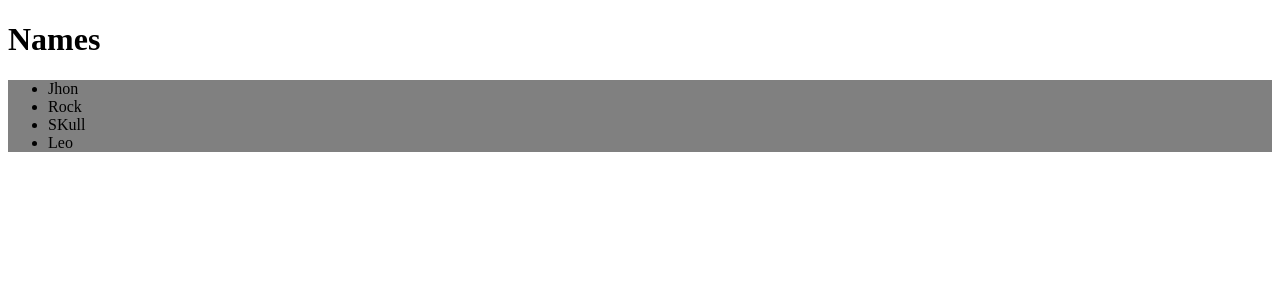
Repository: NithishKoriyar/phpprojectgh
Page: http://localhost/names.php
An editor plug-in stored every save of this project. The page is shown before and after the next save, followed by the edit.
The browser window is 1280 px wide. The pictures show the whole page.
The page is run by PHP 8.4 with error messages shown; the project is at /var/www/html/.

Above is the page before, as saved 2022-12-14 12:49:56.

After the next save:
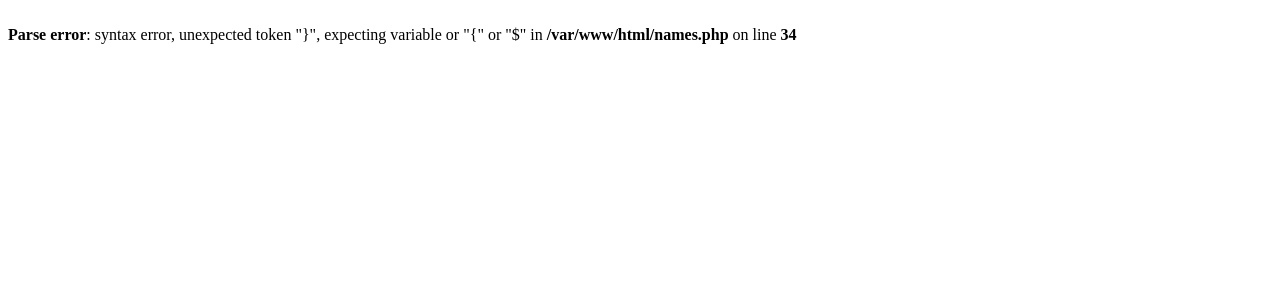
Saved 5 s later.
--- a/names.php
+++ b/names.php
@@ -30,7 +30,7 @@
     </ul>
     <?php
     if($name > 3){
-
+        $
     }
 ?>
 

After the save that followed:
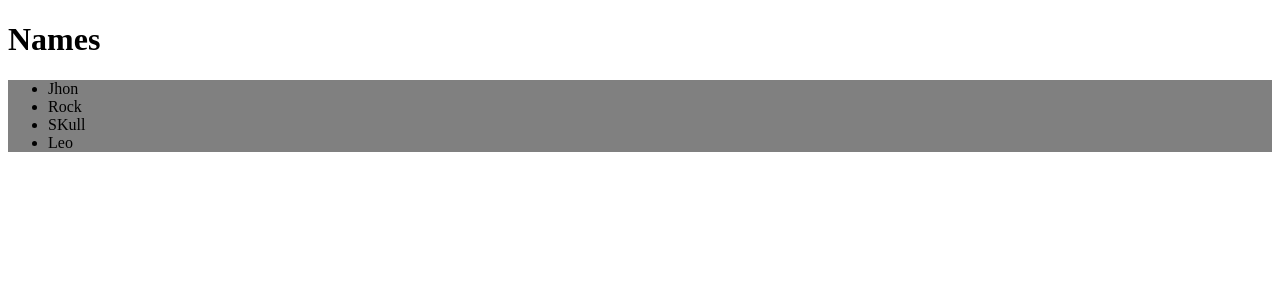
Saved 6 s later.
--- a/names.php
+++ b/names.php
@@ -30,7 +30,7 @@
     </ul>
     <?php
     if($name > 3){
-        $
+
     }
 ?>
 
